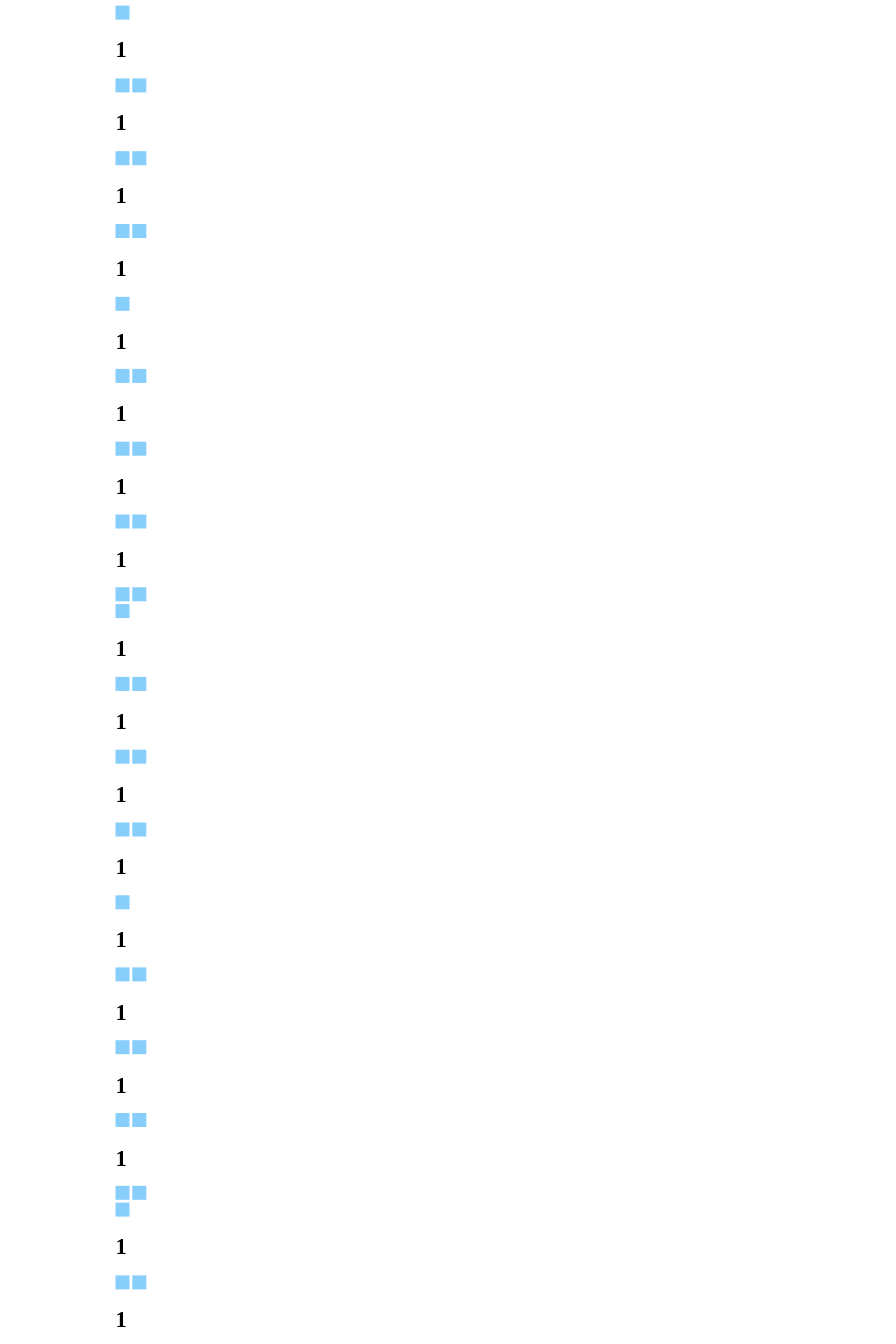
Repository: harshithamagani/Java-Basics
Page: http://localhost/setup/NewFile.jsp
These files come from the project's save history. The page is drawn as it stood at one moment and after the next save; the edit follows.
The browser window is 1280 px wide. The pictures show the part of the page from y = 0 to 1920 px (the page is 3436 px tall before and 6656 px after), at 70% of full size.
The page is served by Tomcat 9. The template is opened directly, without the code that normally fills it, so the values that code supplies are empty.

Above is the page before, as saved 2019-11-04 21:15:34.

After the next save:
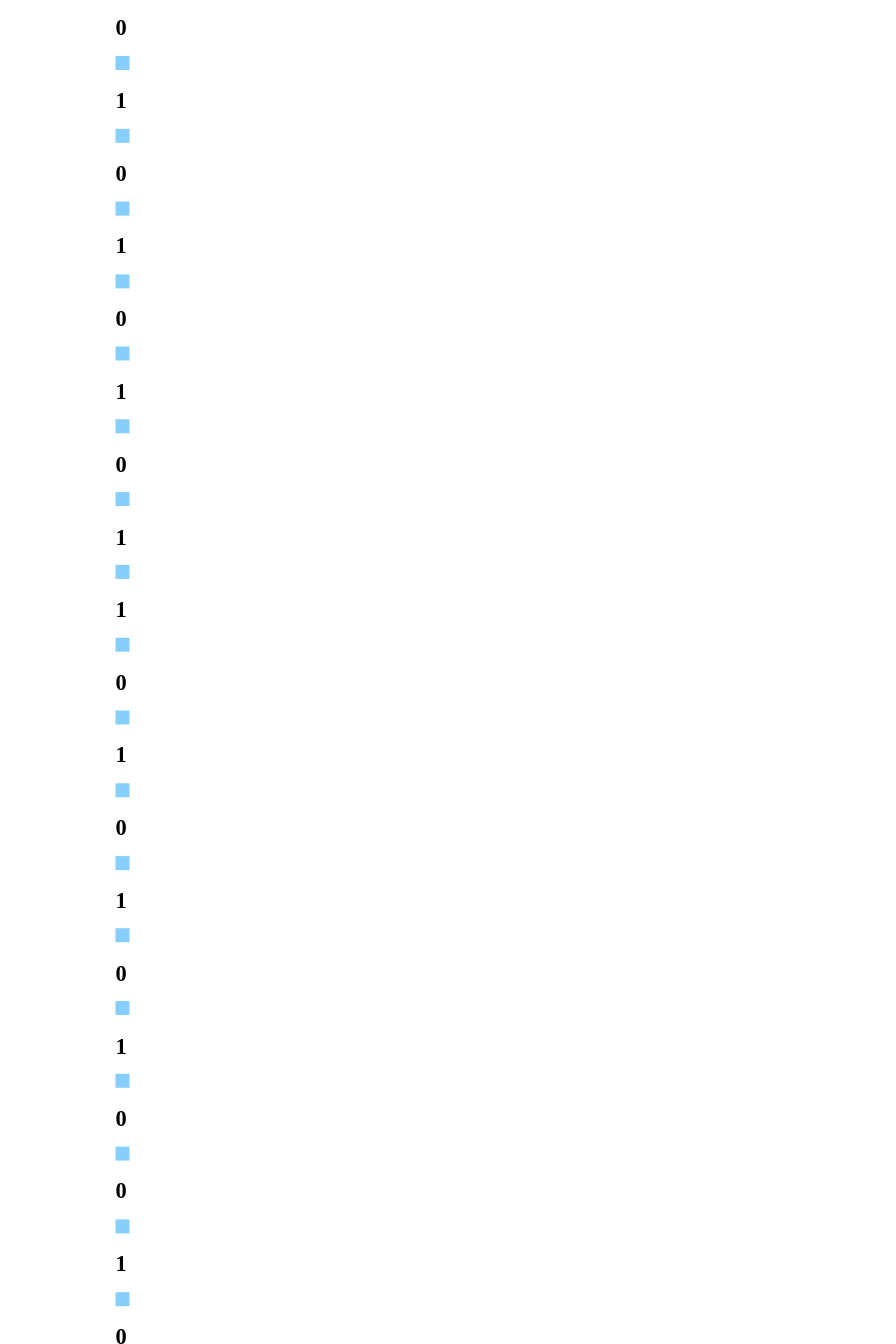
Saved 37 s later.
--- a/setup/WebContent/NewFile.jsp
+++ b/setup/WebContent/NewFile.jsp
@@ -57,6 +57,7 @@
        <div class='col' style="background-color:${color1}"></div>
        <% } %>
        <% if((m+n)%2 == 0) { %>
+       <h1><%= (m+n)%2 %></h1>
        <div class='col' style="background-color:${color2}"></div>
        <% } %>
        <% } %>
